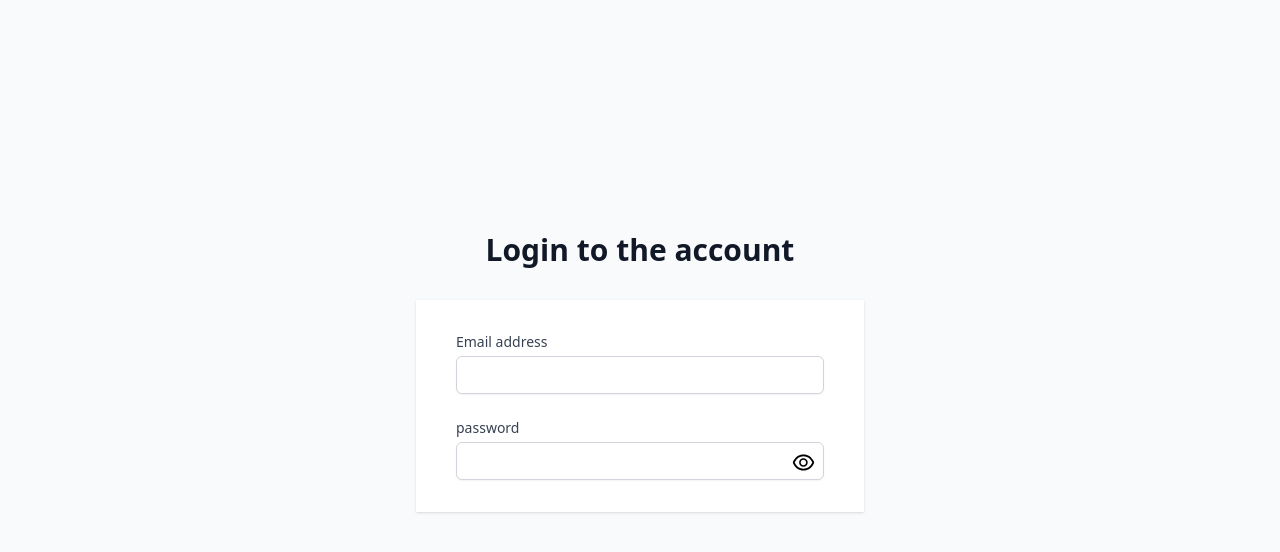
Repository: Kmazengia/nifasgebeya
Page: /login (app in frontend/)
An editor plug-in stored every save of this project. The page is shown before and after the next save, followed by the edit.
The browser window is 1280 px wide. The pictures show the whole page.
The project was rebuilt for these pictures with package versions that can differ from the ones it lists, and the page was loaded fresh each time.

Above is the page before, as saved 2023-10-07 17:01:54.

### frontend/src/index.js
import React from 'react';
import ReactDOM from 'react-dom/client';
import App from './App';
import reportWebVitals from './reportWebVitals';

const root = ReactDOM.createRoot(document.getElementById('root'));
root.render(
  <React.StrictMode>
    <App />
  </React.StrictMode>
);
reportWebVitals();

### frontend/src/App.js
import React from "react";
import "./App.css";
import { BrowserRouter, Routes, Route } from "react-router-dom";
import { Login } from "./Routes.js";

const App = () => {
  return (
    <BrowserRouter>
      <Routes>
        <Route path="/login" element={<Login />} />
      </Routes>{" "}
    </BrowserRouter>
  );
};

export default App;

### frontend/src/Routes.js
import Login from "../src/pages/Login.jsx";


export {
    Login,
}

### frontend/src/pages/Login.jsx
import { React, useState } from "react";
import { AiOutlineEye } from "react-icons/ai";
const Login = () => {
  const { email, setEmail } = useState("");
  const { password, setPassword } = useState("");
  const { visible, setVisible } = useState(false);
  return (
    <div className="min-h-screen bg-gray-50 flex flex-col justify-center py-12 sm:px-6 lg:px-8">
      <div className="sm:mx-auto sm:w-full sm:max-w-md">
        <h2 className="mt-6 text-center text-3xl font-extrabold text-gray-900">
          Login to the account
        </h2>
      </div>
      <div className="mt-8 sm:mx-auto sm:w-full sm:max-w-md">
        <div className="bg-white py-8 px-4 shadow sm:round-lg sm:px-10">
          <form className="space-y-6  ">
            <div>
              <label
                labelFor="email"
                className="block text-sm font-medium text-gray-700"
              >
                Email address
              </label>
              <div className="mt-1">
                <input
                  type="email"
                  name="email"
                  autoComplete='email'
                  required
                  value={email}
                  onChange={(e) => setEmail(e.target.value)}
                  className="appearance-none block w-full px-3 py-2 border border-gray-300 rounded-md shadow-sm placeholder-gray-400 focus:outline-none focus:ring-blue-500 focus:border-blue-500 sm:text-sm"
                />
              </div>
            </div>
            <div>
              <label
                labelFor="password"
                className="block text-sm font-medium text-gray-700"
              >
                password
              </label>
              <div className="mt-1 relative">
                <input
                  type="password"
                  name="password"
                  autoComplete="current-password"
                  required
                  value={password}
                  onChange={(e) => setPassword(e.target.value)}
                  className="appearance-none block w-full px-3 py-2 border border-gray-300 rounded-md shadow-sm placeholder-gray-400 focus:outline-none focus:ring-blue-500 focus:border-blue-500 sm:text-sm"
                />
                <AiOutlineEye
                  className="absolute right-2 top-2 cursor-pointer"
                  size={25}
                  onClick={() => setVisible(false)}
                />
              </div>
            </div>
          </form>
        </div>
      </div>
    </div>
  );
};

export default Login;

### frontend/tailwind.config.js
/** @type {import('tailwindcss').Config} */
module.exports = {
  content: ["./src/**/*.{html,js,jsx}"],
  theme: {
    fontFamily: {
      Roboto: ["Roboto", "sans-serif"],
      Poppins: ['Poppins', "sans-serif"],
    },
    extend: {
      screens: {
        "1000px": "1050px",
        "1100px": "1110px",
        "800px": "800px",
        "1300px": "1300px",
        "400px": "400px",
      },
    },
  },
  plugins: [],
};

Loaded but not shown: frontend/public/index.html (common file); frontend/src/reportWebVitals.js (common file); frontend/src/App.css (common file)

After the next save:
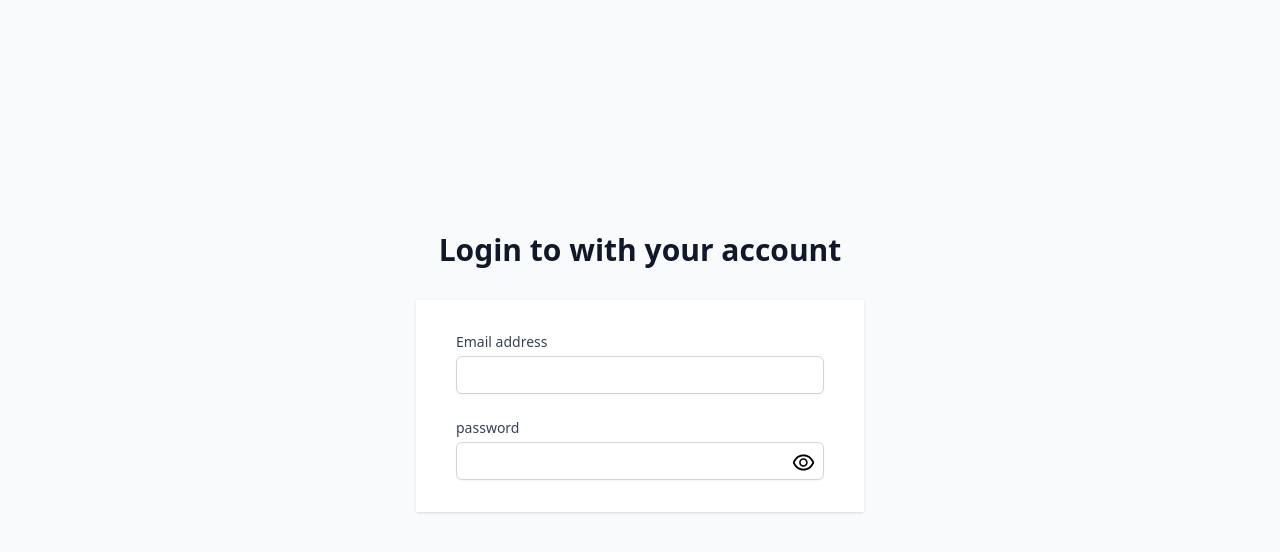
Saved 3 min 38 s later.
--- a/frontend/src/pages/Login.jsx
+++ b/frontend/src/pages/Login.jsx
@@ -8,7 +8,7 @@ const Login = () => {
     <div className="min-h-screen bg-gray-50 flex flex-col justify-center py-12 sm:px-6 lg:px-8">
       <div className="sm:mx-auto sm:w-full sm:max-w-md">
         <h2 className="mt-6 text-center text-3xl font-extrabold text-gray-900">
-          Login to the account
+          Login to with your account
         </h2>
       </div>
       <div className="mt-8 sm:mx-auto sm:w-full sm:max-w-md">
@@ -25,7 +25,7 @@ const Login = () => {
                 <input
                   type="email"
                   name="email"
-                  autoComplete='email'
+                  autoComplete="email"
                   required
                   value={email}
                   onChange={(e) => setEmail(e.target.value)}
@@ -38,7 +38,7 @@ const Login = () => {
                 labelFor="password"
                 className="block text-sm font-medium text-gray-700"
               >
-                password
+                <h2>password</h2>
               </label>
               <div className="mt-1 relative">
                 <input
